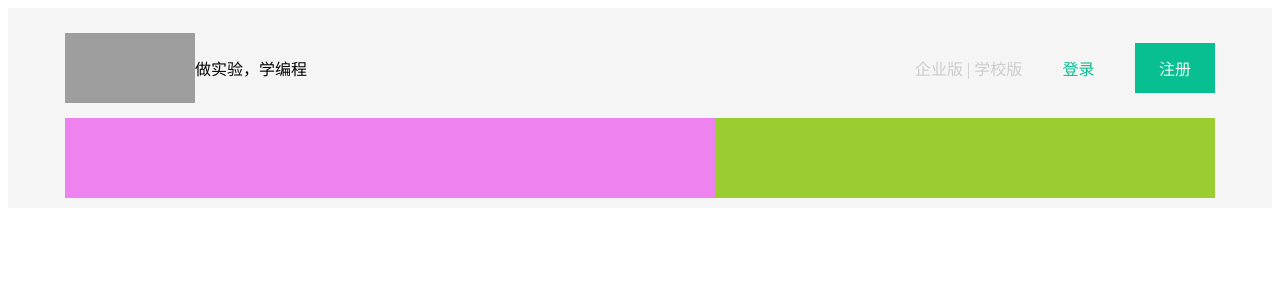
Repository: wuguozheng/xxbb
Page: /
These files come from the project's save history. The page is drawn as it stood at one moment and after the next save; the edit follows.
The browser window is 1280 px wide. The pictures show the whole page.
Pictures or frames that could not be fetched are drawn as grey boxes. The project was rebuilt for these pictures with package versions that can differ from the ones it lists, and the page was loaded fresh each time.

Above is the page before, as saved 2020-06-01 13:30:54.

After the next save:
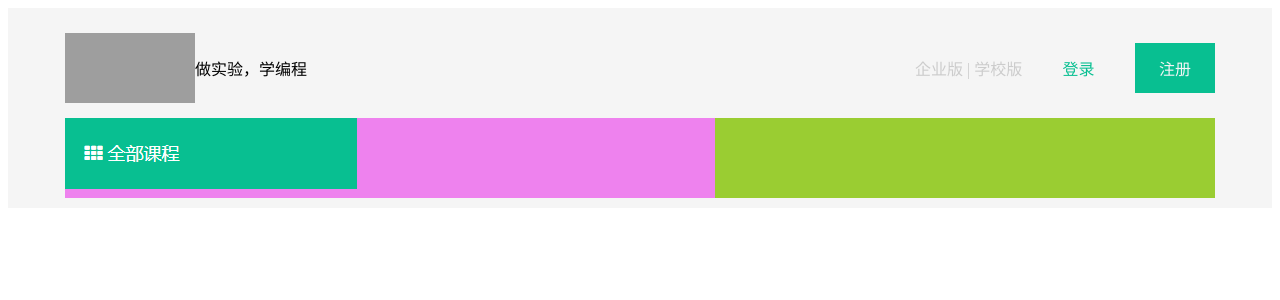
Saved 6 min 47 s later.
--- a/src/components/home/Mxs1.vue
+++ b/src/components/home/Mxs1.vue
@@ -20,7 +20,7 @@
       </div>
       <div class="run">
         <div class="run-1">
-
+          <img src="../home/QQ截图20200601133655.png" alt="">
         </div>
       </div>
     </div>
